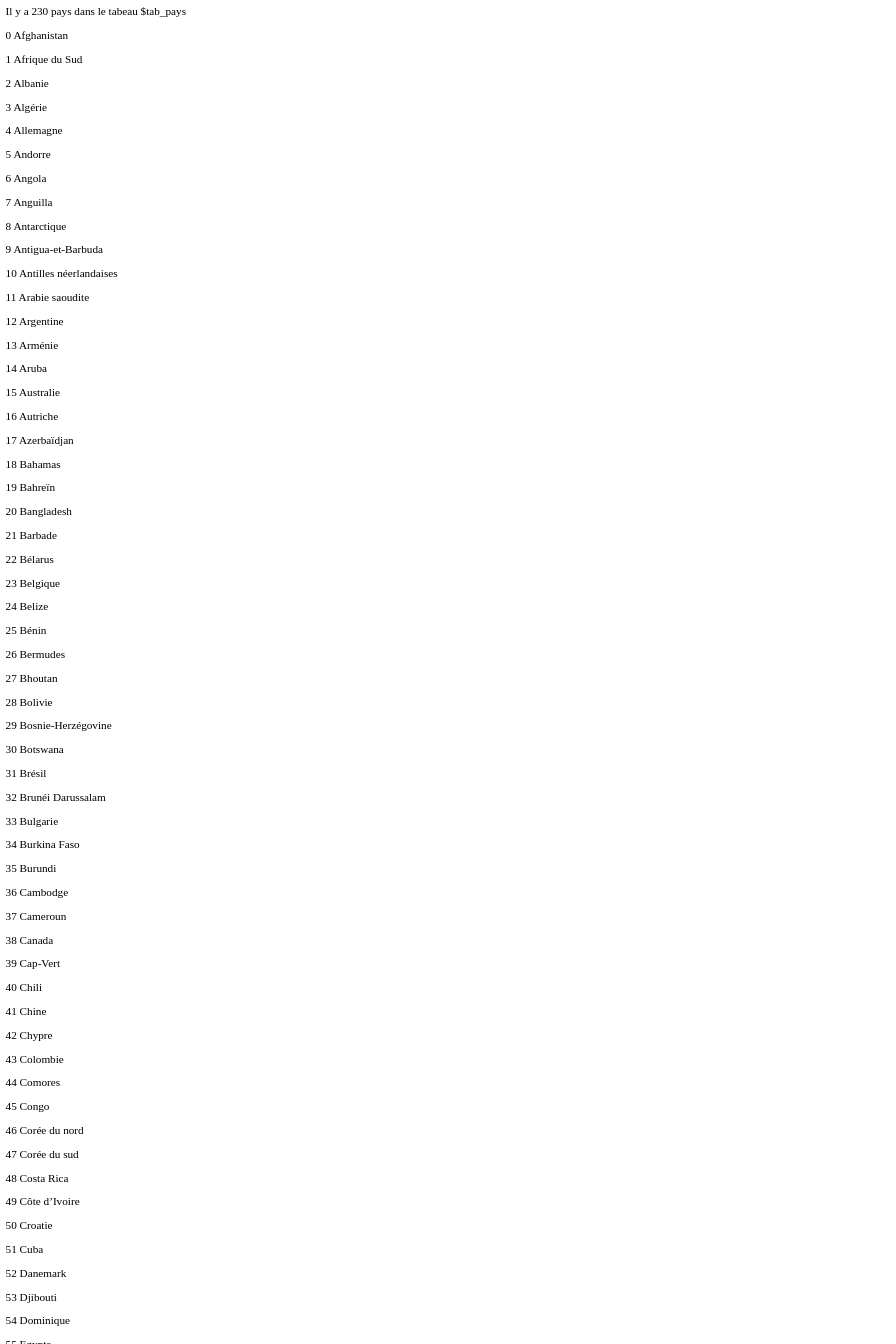
Repository: WebDevCF2m2021/base-php-2021
Page: http://localhost/07-for-sur-tableau.php
These files come from the project's save history. The page is drawn as it stood at one moment and after the next save; the edit follows.
The browser window is 1280 px wide. The pictures show the part of the page from y = 0 to 1920 px (the page is 7862 px tall), at 70% of full size.
The page is run by PHP 8.4 with error messages shown; the project is at /var/www/html/.

Above is the page before, as saved 2021-07-07 12:06:40.

### 07-for-sur-tableau.php
<?php
$tab_pays = array('
Afghanistan ', ' Afrique du Sud ', ' Albanie ', ' Algérie ', ' Allemagne ', ' Andorre ', ' Angola ', ' Anguilla ', ' Antarctique ', ' Antigua-et-Barbuda ', ' Antilles néerlandaises ', ' Arabie saoudite ', ' Argentine ', ' Arménie ', ' Aruba ', ' Australie ', ' Autriche ', ' Azerbaïdjan ', ' Bahamas ', ' Bahreïn ', ' Bangladesh ', ' Barbade ', ' Bélarus ', ' Belgique ', ' Belize ', ' Bénin ', ' Bermudes ', ' Bhoutan ', ' Bolivie ', ' Bosnie-Herzégovine ', ' Botswana ', ' Brésil ', ' Brunéi Darussalam ', ' Bulgarie ', ' Burkina Faso ', ' Burundi ', ' Cambodge ', ' Cameroun ', ' Canada ', ' Cap-Vert ', ' Chili ', ' Chine ', ' Chypre ', ' Colombie ', ' Comores ', ' Congo ', ' Corée du nord ', ' Corée du sud ', ' Costa Rica ', ' Côte d’Ivoire ', ' Croatie ', ' Cuba ', ' Danemark ', ' Djibouti ', ' Dominique ', ' Egypte ', ' El Salvador ', ' Emirats arabes unis ', ' Equateur ', ' Erythrée ', ' Espagne ', ' Estonie ', ' Etats-Unis d’Amérique ', ' Ethiopie ', ' Fédération de Russie ', ' Fidji ', ' Finlande ', ' France ', ' Gabon ', ' Gambie ', ' Géorgie ', ' Ghana ', ' Gibraltar ', ' Grèce ', ' Groenland ', ' Guadeloupe ', ' Guam ', ' Guatemala ', ' Guinée ', ' Guinée équatoriale ', ' Guinée-Bissau ', ' Guyana ', ' Guyane française ', ' Haïti ', ' Honduras ', ' Hong Kong ', ' Hongrie ', ' Ile De Bouvet ', ' Ile Norfolk ', ' Iles Caïmanes ', ' Iles Cook<' , ' Iles d’Aland ', ' Iles Falkland ', ' Iles Féroé ', ' Iles Mariannes septentrionales ', ' Iles Marshall ', ' Iles Salomon ', ' Iles Svalbard et Jan Mayen ', ' Iles Turques et Caïques ', ' Iles Vierges américaines ', ' Iles Vierges britanniques ', ' Iles Wallis et Futuna ', ' Inde ', ' Indonésie ', ' Iran ', ' Iraq ', ' Irlande ', ' Islande ', ' Israel ', ' Italie ', ' Jamaïque ', ' Japon ', ' Jordanie ', ' Kazakhstan ', ' Kenya ', ' Kirghizistan ', ' Kiribati ', ' Koweït ', ' Laos ', ' Lesotho ', ' Lettonie ', ' Liban ', ' Libéria ', ' Libye ', ' Liechtenstein ', ' Lituanie ', ' Luxembourg ', ' Macao ', ' Madagascar ', ' Malaisie ', ' Malawi ', ' Maldives ', ' Mali ', ' Malte ', ' Maroc ', ' Martinique ', ' Maurice ', ' Mauritanie ', ' Mayotte ', ' Mexique ', ' Micronésie ', ' Moldovie ', ' Monaco ', ' Mongolie ', ' Montserrat ', ' Mozambique ', ' Myanmar ', ' Namibie ', ' Nauru ', ' Népal ', ' Nicaragua ', ' Niger ', ' Nigéria ', ' Nioué ', ' Norvège ', ' Nouvelle-Calédonie ', ' Nouvelle-Zélande ', ' Oman ', ' Ouganda ', ' Ouzbékistan ', ' Pakistan ', ' Palaos ', ' Panama ', ' Papouasie-Nouvelle-Guinée ', ' Paraguay ', ' Pays-Bas ', ' Pérou ', ' Philippines ', ' Pitcairn ', ' Pologne ', ' Polynésie française ', ' Porto Rico ', ' Portugal ', ' Qatar ', ' République centrafricaine ', ' République démocratique du Congo ', ' République dominicaine ', ' République tchèque ', ' Réunion ', ' Roumanie ', ' Royaume-Uni ', ' Rwanda ', ' Saint-Kitts-et-Nevis ', ' Saint-Marin ', ' Saint-Pierre-et-Miquelon ', ' Saint-Siège ', ' Saint-Vincent-et-les Grenadines ', ' Sainte-Hélène ', ' Sainte-Lucie ', ' Samoa ', ' Samoas américaines ', ' Sao Tomé-et-Principe ', ' Sénégal ', ' Serbie-et-Monténégro ', ' Seychelles ', ' Sierra Leone ', ' Singapour ', ' Slovaquie ', ' Slovénie ', ' Somalie ', ' Soudan ', ' Sri Lanka ', ' Suède ', ' Suisse ', ' Suriname ', ' Swaziland ', ' Syrie ', ' Tadjikistan ', ' Taiwan ', ' Tanzanie ', ' Tchad ', ' Territoire palestinien occupé ', ' Thaïlande ', ' Timor-Leste ', ' Togo ', ' Tokélaou ', ' Tonga ', ' Trinité-et-Tobago ', ' Tunisie ', ' Turkménistan ', ' Turquie ', ' Tuvalu ', ' Ukraine ', ' Uruguay ', ' Vanuatu ', ' Venezuela ', ' Viet Nam ', ' Yémen ', ' Zambie ', ' Zimbabwe ', );

// affichez tous les pays de la liste avec une boucle for() et un count()

$numberOfCountries = count($tab_pays);

echo "<p>Il y a $numberOfCountries".' pays dans le tabeau $tab_pays</p>';

for ($n=0;$n<$numberOfCountries;$n++){
    echo "<p>$n $tab_pays[$n]</p>";
}

After the next save:
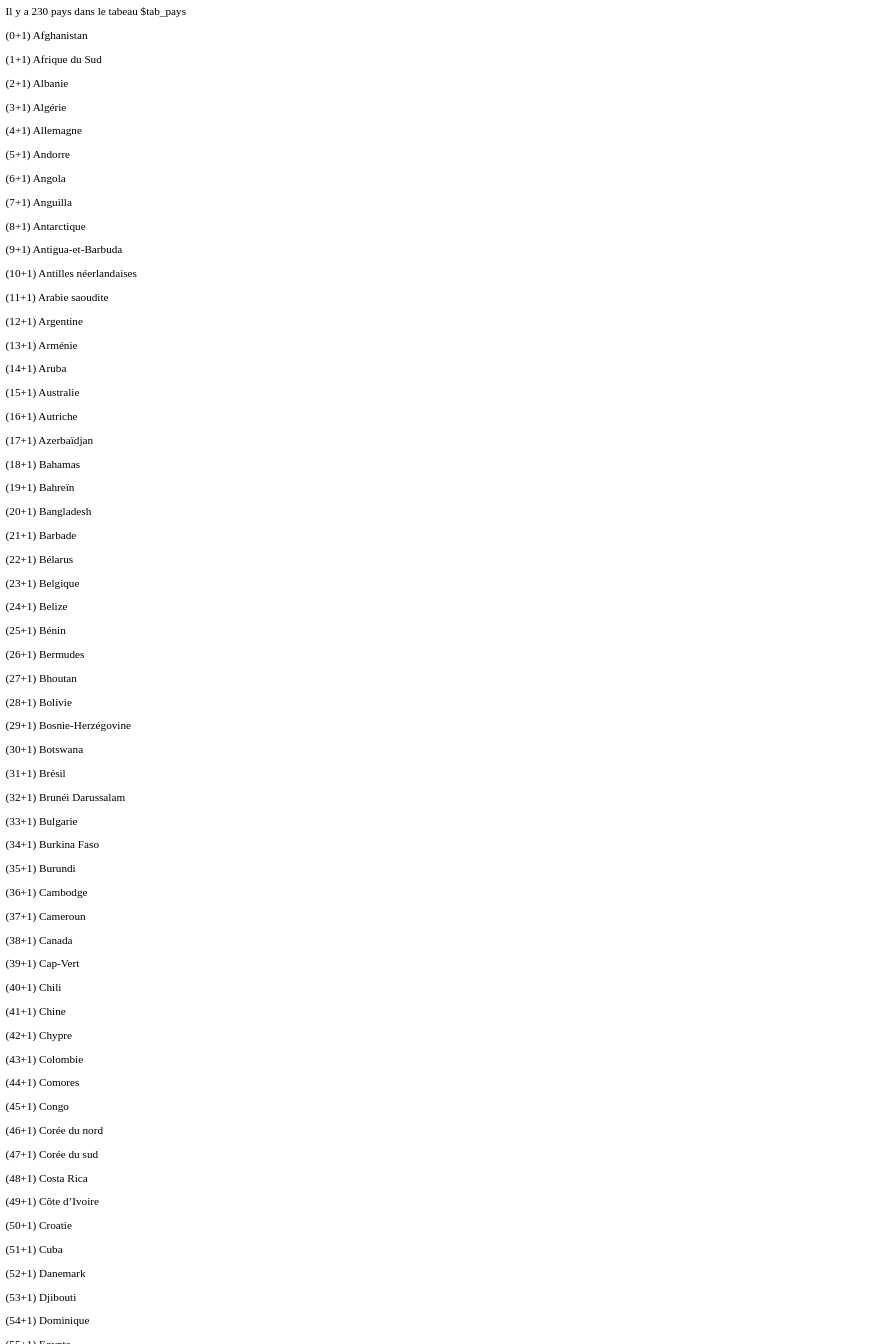
Saved 64 s later.
--- a/07-for-sur-tableau.php
+++ b/07-for-sur-tableau.php
@@ -9,5 +9,5 @@ $numberOfCountries = count($tab_pays);
 echo "<p>Il y a $numberOfCountries".' pays dans le tabeau $tab_pays</p>';
 
 for ($n=0;$n<$numberOfCountries;$n++){
-    echo "<p>$n $tab_pays[$n]</p>";
+    echo "<p>($n+1) $tab_pays[$n]</p>";
 }
